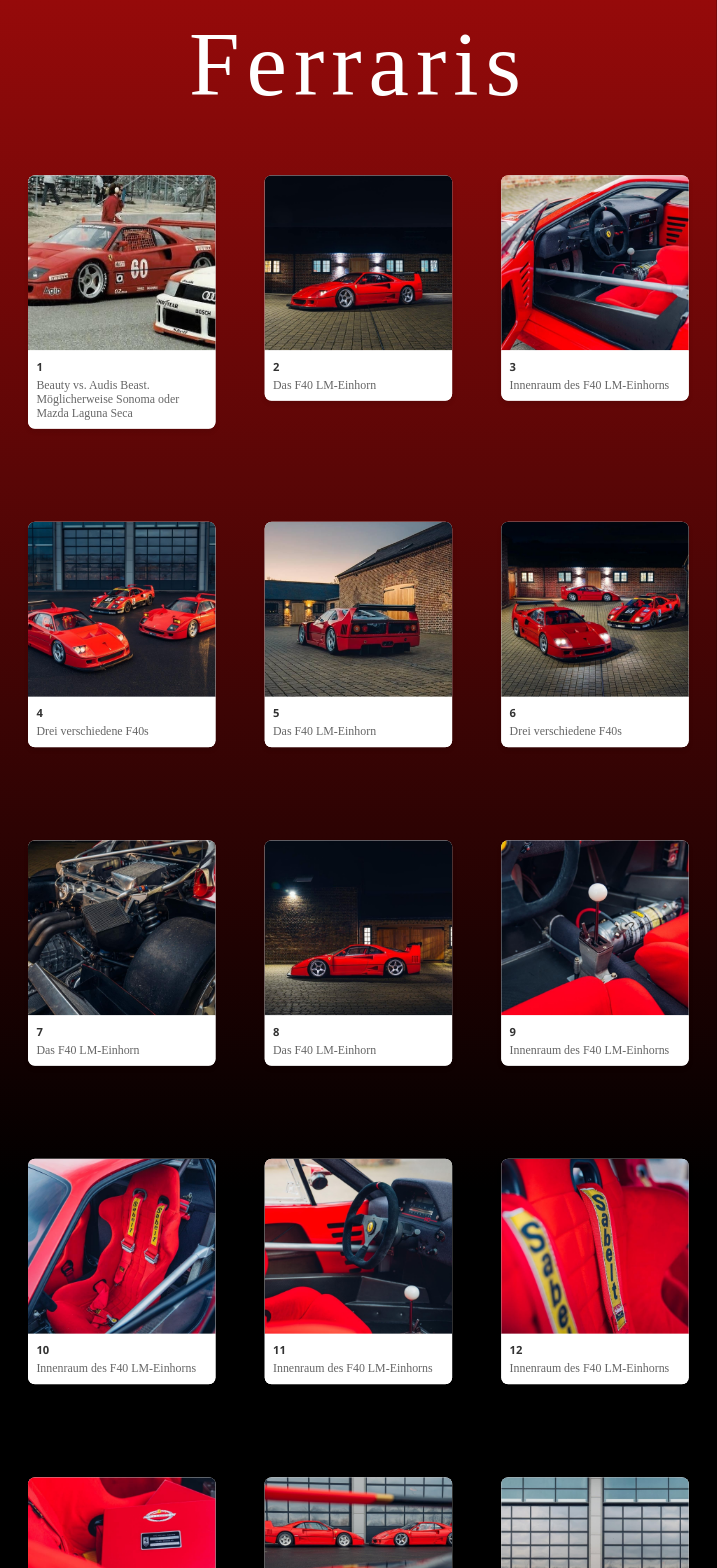
Repository: Johannes-Harald/martini-racing-fanclub
Page: /
These files come from the project's save history. The page is drawn as it stood at one moment and after the next save; the edit follows.
The browser window is 1024 px wide. The pictures show the part of the page from y = 1759 to 3999 px (the page is 7497 px tall before and 7563 px after), at 70% of full size.
Some web fonts or font styles are not loaded; a fallback is used. The project was rebuilt for these pictures with package versions that can differ from the ones it lists, and the page was loaded fresh each time. Also part of the build but not shown: vite.config.js, src/components/Lightbox/Lightbox.css, src/components/Lightbox/Lightbox.jsx, src/components/TitleCards/TitleCards.jsx, src/pages/Videos/Videos.css, src/pages/Videos/Videos.jsx.

Above is the page before, as saved 2024-10-13 14:07:50.

After the next save:
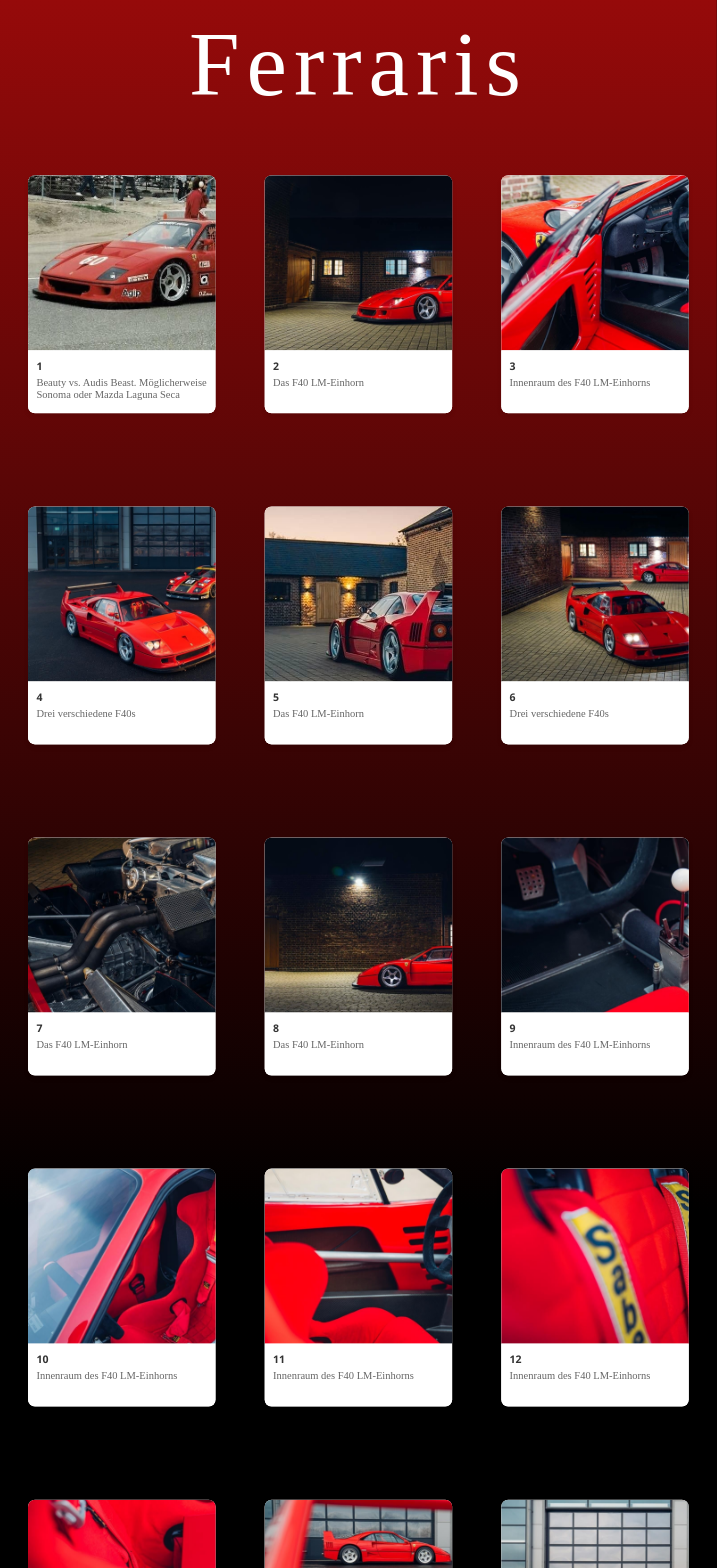
Saved 58 s later.
--- a/src/components/TitleCards/Ferrari.css
+++ b/src/components/TitleCards/Ferrari.css
@@ -79,7 +79,27 @@
   }
 
 @media (min-width: 768px) and (max-width: 1199px) {
+  .card-list-ferrari {
+    width: auto;
+  }
 
+  .title-cards-info-ferrari {
+    height: 90px;
+  }
+
+  .title-cards-info-ferrari h3 {
+    font-size: 15px;
+  }
+
+  .title-cards-info-ferrari p {
+    font-size: 15px;
+  }
+
+  .title-cards-img-ferrari {
+    height: 250px;
+    width: 510px;
+
+  }
 }
 
  /* Mobile-friendly adjustments */
